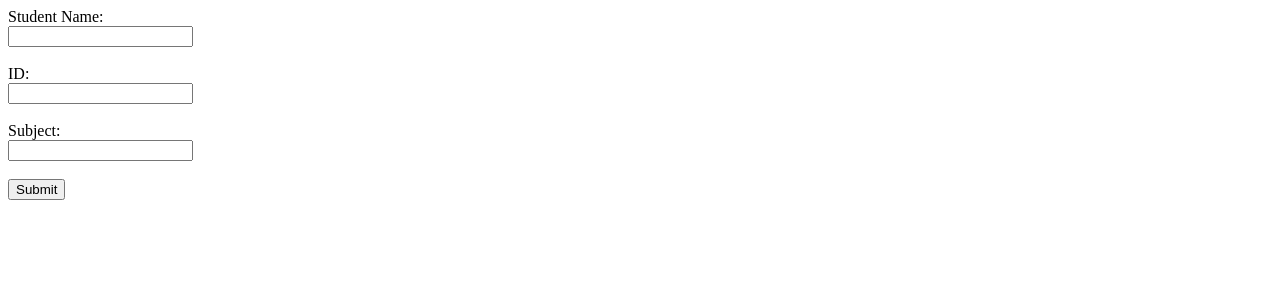
Repository: tuski/JavaProjects
Page: http://localhost/StudentFormDynamicWeb/infoForm.jsp
The author's editor kept a copy of each file at every save. The page is drawn from the files as they stood at one save, then again after the next save.
The browser window is 1280 px wide. The pictures show the whole page.
The page is served by Tomcat 9. Other server files are loaded and not shown.

Above is the page before, as saved 2017-07-22 15:23:09.

### StudentFormDynamicWeb/WebContent/infoForm.jsp
<%@ page language="java" contentType="text/html; charset=ISO-8859-1"
    pageEncoding="ISO-8859-1" import= "com.Tusar.model.Student"%>
<!DOCTYPE html PUBLIC "-//W3C//DTD HTML 4.01 Transitional//EN" "http://www.w3.org/TR/html4/loose.dtd">
<html>
<head>
<meta http-equiv="Content-Type" content="text/html; charset=ISO-8859-1">
<title>Insert title here</title>
</head>
<body>

<form action="infoForm.jsp"  method="get">

Student Name: <br>
<input type="text" name="studentName"> <br>  <br>

ID: <br>
<input type="text" name="studentID"> <br> <br>

Subject: <br>
<input type="text" name="studentSubject"> <br> <br>
<input type="submit" value="Submit">
</form>

<%
String    nbr=request.getParameter("inputText");



%>


</body>
</html>

### StudentFormDynamicWeb/src/com/Tusar/model/Student.java
package com.Tusar.model;

import java.io.Serializable;

public class Student implements Serializable {

	private String name,id,dept,address;

	public Student(String name, String id, String dept, String address) {
		super();
		this.name = name;
		this.id = id;
		this.dept = dept;
		this.address = address;
	}

	public String getName() {
		return name;
	}

	@Override
	public String toString() {
		return "Student [name=" + name + ", id=" + id + ", dept=" + dept + ", address=" + address + "]";
	}

	public String getId() {
		return id;
	}

	public String getDept() {
		return dept;
	}

	public String getAddress() {
		return address;
	}



}

After the next save:
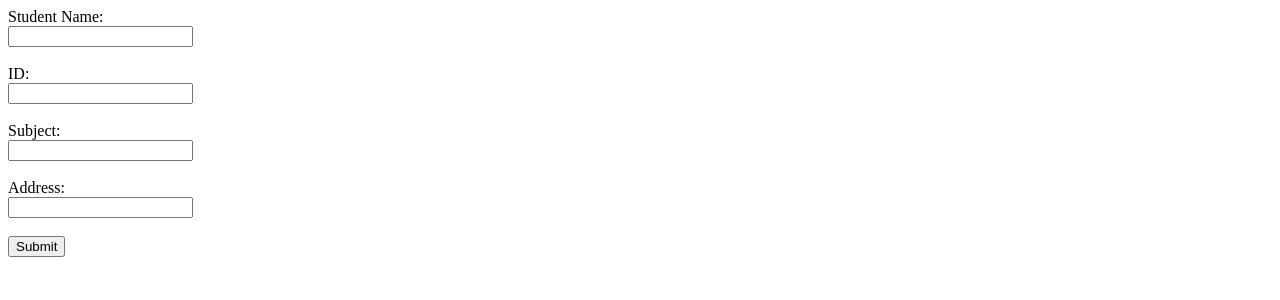
Saved 14 min 56 s later.
--- a/StudentFormDynamicWeb/WebContent/infoForm.jsp
+++ b/StudentFormDynamicWeb/WebContent/infoForm.jsp
@@ -18,13 +18,19 @@ ID: <br>
 
 Subject: <br>
 <input type="text" name="studentSubject"> <br> <br>
+Address: <br>
+<input type="text" name="studentAddress"> <br> <br>
 <input type="submit" value="Submit">
 </form>
 
 <%
-String    nbr=request.getParameter("inputText");
+String    name=request.getParameter("studentName");
+String    id=request.getParameter("studentID");
+String    dept=request.getParameter("studentSubject");
+String    adrs=request.getParameter("studentAddress");
 
-
+Student s=new Student(name,id,dept,adrs);
+s.toString();
 
 %>
 
